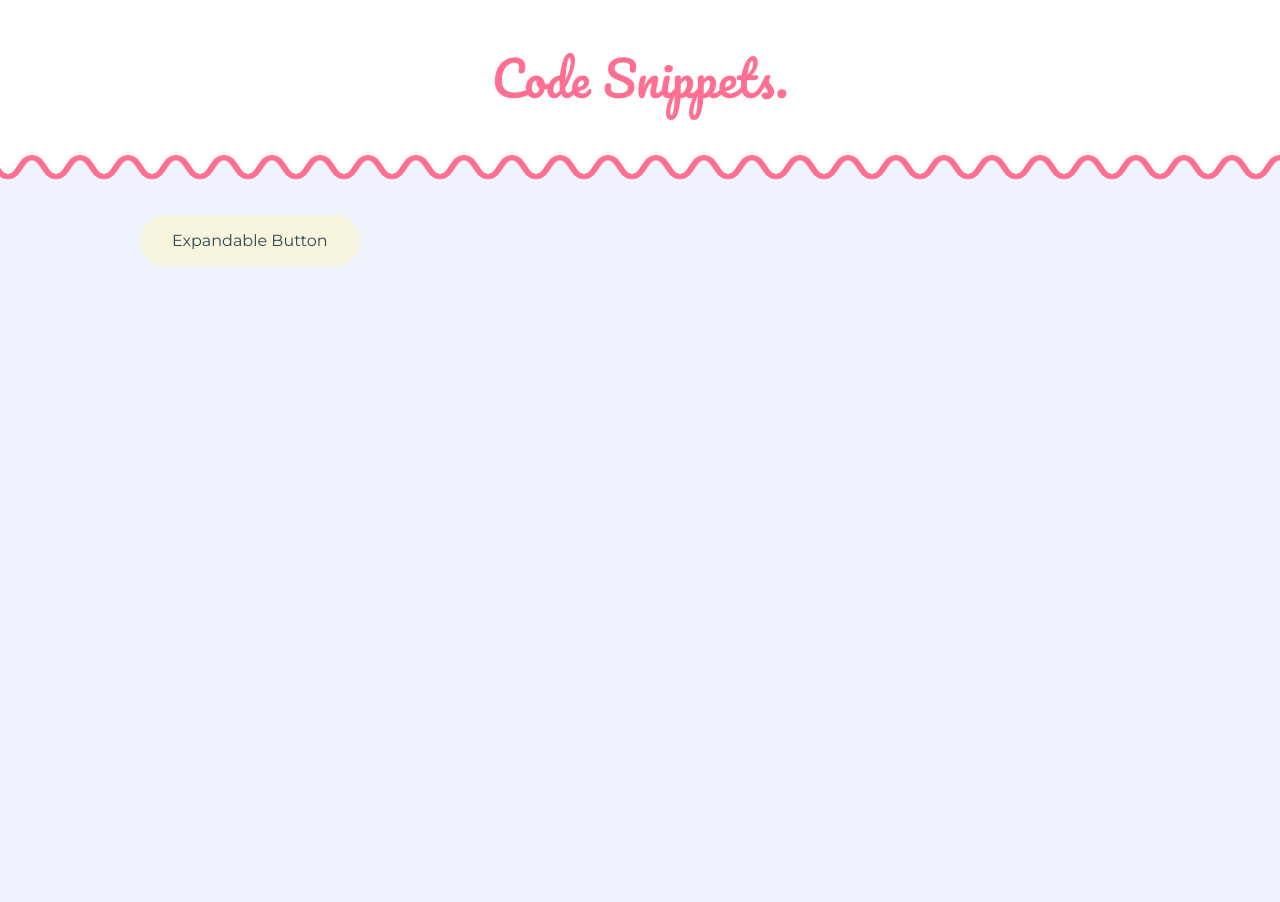
Repository: vikatgen/code-snippets
Page: index.html
The author's editor kept a copy of each file at every save. The page is drawn from the files as they stood at one save, then again after the next save.
The browser window is 1280 px wide. The pictures show the whole page.
The style sheet was rebuilt from its Sass, Less or Tailwind sources for each picture, by a compiler version that may differ from the author's.

Above is the page before, as saved 2020-03-30 23:46:35.

### index.html
<!DOCTYPE html>
<html lang="en">
  <head>
    <meta charset="UTF-8" />
    <meta name="viewport" content="width=device-width, initial-scale=1.0" />
    <link rel="stylesheet" href="/css/normalize.css" />
    <link rel="stylesheet" href="/css/mainpage-styles.css" />
    <title>Code Snippets</title>
  </head>
  <body>
    <section id="heading-section">
      <div class="container">
        <div class="header-wrapper">
          <span>Code Snippets.</span>
        </div>
      </div>
    </section>
    <section id="page-break">
      <img src="/assets/page-snip.png" alt="" />
    </section>
    <section class="links-section">
      <div class="container">
        <div class="link-wrapper">
          <a href="/expandable-button/expandable-button.html"
            >Expandable Button</a
          >
        </div>
      </div>
    </section>
  </body>
</html>

### css/mainpage-styles.scss
@import url("https://fonts.googleapis.com/css?family=Montserrat:400,600,700|Pacifico&display=swap");

$heading: "Pacifico", cursive;
$ff-normal: "Montserrat", sans-serif;
$text-color: #2f4858;
$heading-color: #ff6f91;

.container {
  width: 90%;
  max-width: 1000px;
  margin: auto;
}

.link-wrapper {
  padding-top: 50px;
  a {
    text-decoration: none;
    font-family: $ff-normal;
    color: $text-color;
    font-family: 600;
    background: #f7f5dd;
    padding: 16px 32px;
    border-radius: 50px;
  }
}

.header-wrapper {
  width: 100%;
  text-align: center;
  margin: 50px 0px;
  span {
    font-family: $heading;
    font-size: 3rem;
    color: $heading-color;
  }
}

#page-break {
  width: 100vw;
  height: auto;
  overflow: hidden;
  margin-bottom: -8px;
  img {
    width: 100%;
  }
}

.links-section {
  width: 100vw;
  height: 100vh;
  background: #eff3fe;
}

Loaded but not shown: css/normalize.css (library)

After the next save:
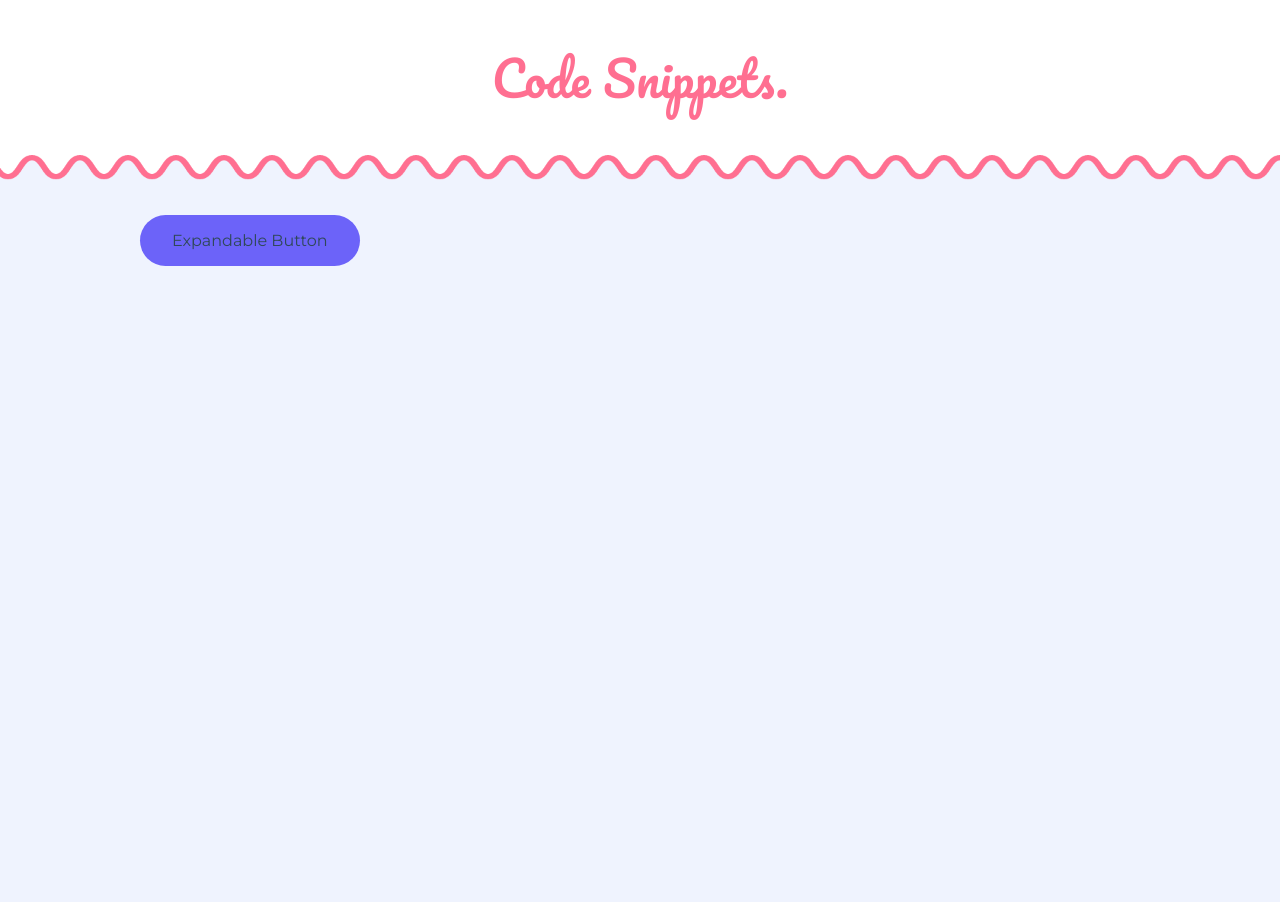
Saved 32 s later.
--- a/css/mainpage-styles.scss
+++ b/css/mainpage-styles.scss
@@ -18,7 +18,7 @@ $heading-color: #ff6f91;
     font-family: $ff-normal;
     color: $text-color;
     font-family: 600;
-    background: #f7f5dd;
+    background: #6c63f9;
     padding: 16px 32px;
     border-radius: 50px;
   }
